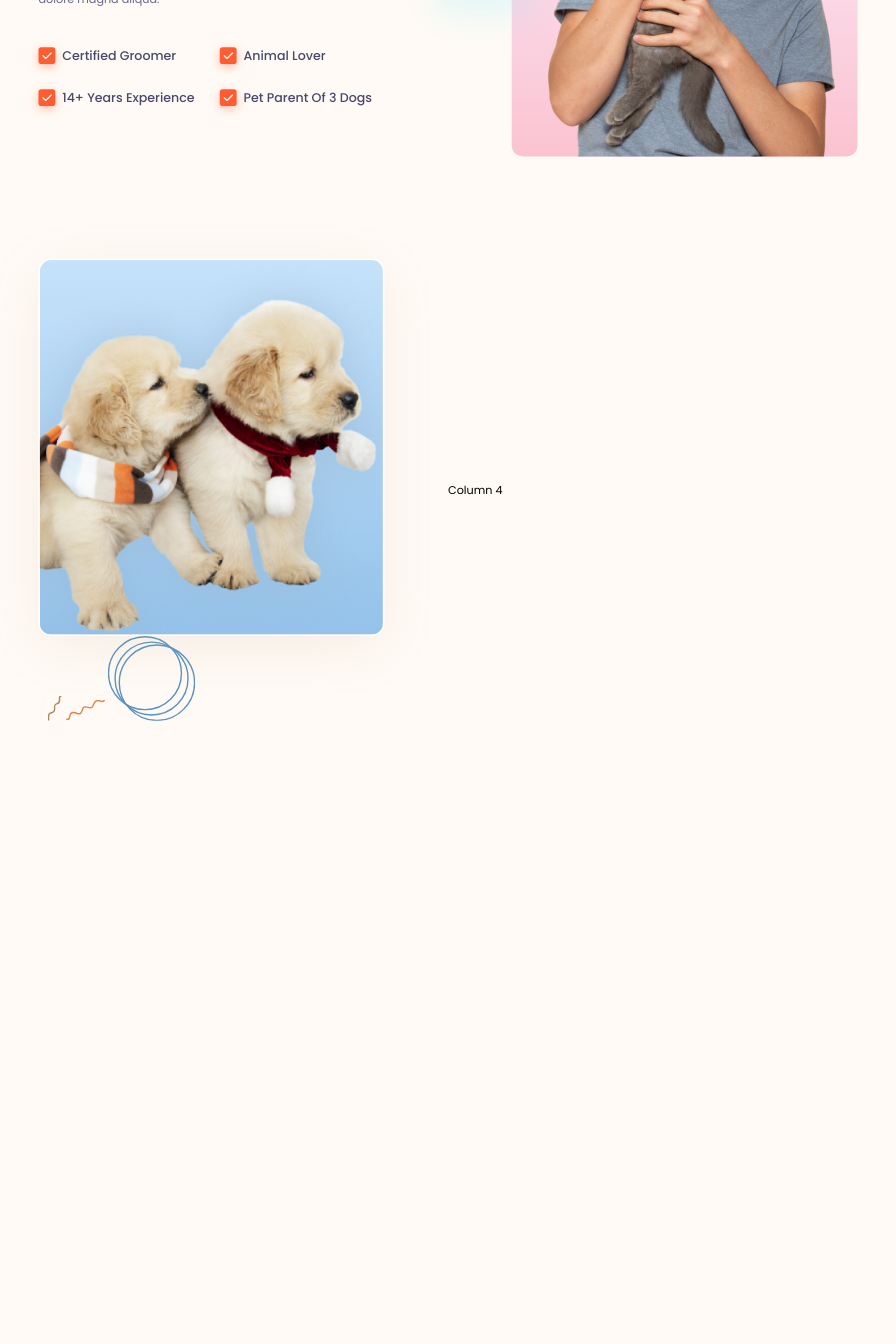
Repository: empty24062002/f8-project-05
Page: index.html
An editor plug-in stored every save of this project. The page is shown before and after the next save, followed by the edit.
The browser window is 1280 px wide. The pictures show the part of the page from y = 1232 to 3152 px (the page is 10896 px tall), at 70% of full size.

Above is the page before, as saved 2023-09-11 11:07:33.

After the next save:
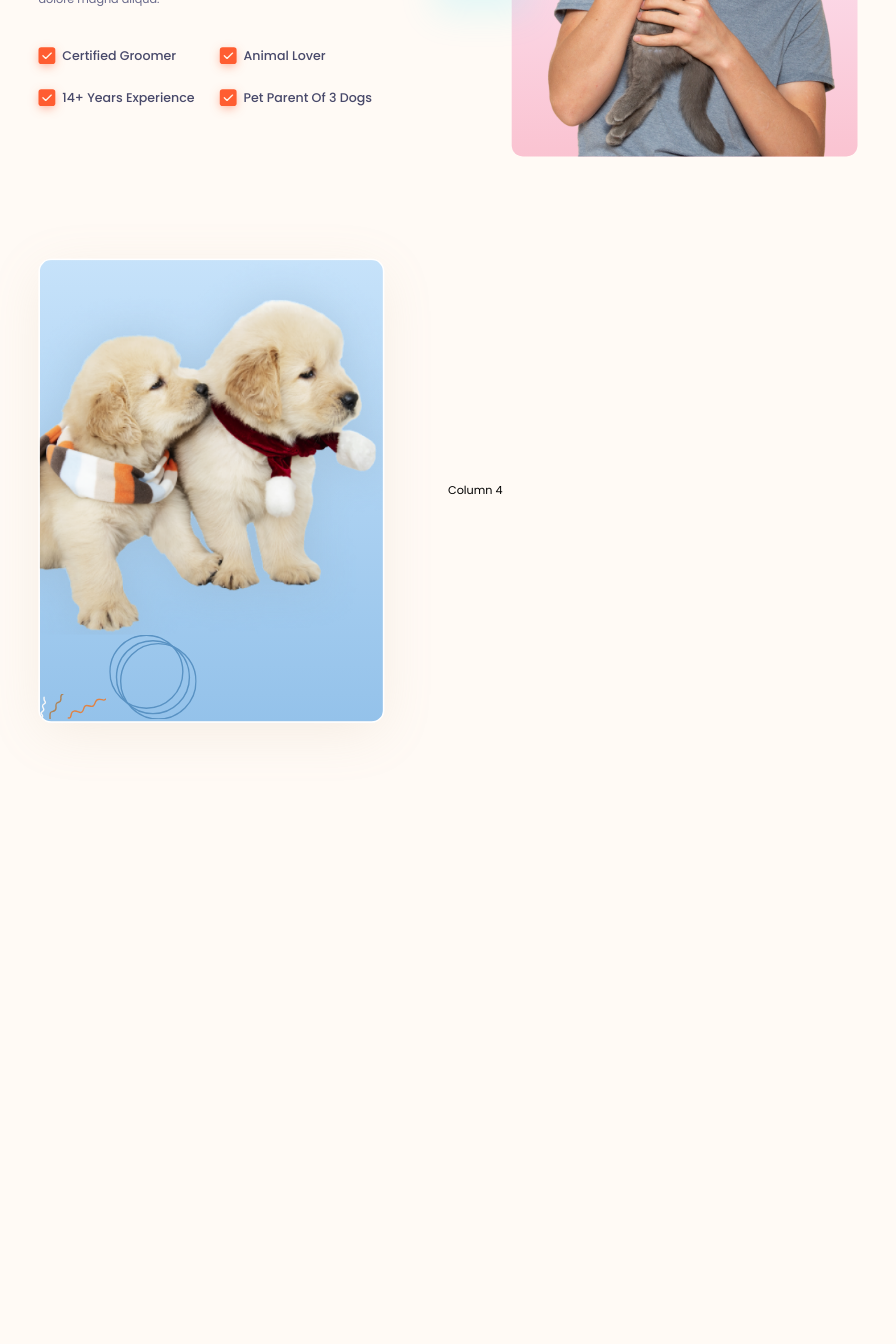
Saved 59 s later.
--- a/index.html
+++ b/index.html
@@ -314,30 +314,30 @@
                                     alt=""
                                     class="about__img about__img-bottom"
                                 />
+                                <!-- Decorators -->
+                                <div>
+                                    <img
+                                        src="./assets/img/about-decor3.svg"
+                                        alt=""
+                                        class="about__decor-img"
+                                    />
+                                    <img
+                                        src="./assets/img/about-decor4.svg"
+                                        alt=""
+                                        class="about__decor-img"
+                                    />
+                                    <img
+                                        src="./assets/img/about-decor5.svg"
+                                        alt=""
+                                        class="about__decor-img"
+                                    />
+                                    <img
+                                        src="./assets/img/about-decor6.svg"
+                                        alt=""
+                                        class="about__decor-img"
+                                    />
+                                </div>
                             </figure>
-                            <!-- Decorators -->
-                            <div>
-                                <img
-                                    src="./assets/img/about-decor3.svg"
-                                    alt=""
-                                    class="about__decor-img"
-                                />
-                                <img
-                                    src="./assets/img/about-decor4.svg"
-                                    alt=""
-                                    class="about__decor-img"
-                                />
-                                <img
-                                    src="./assets/img/about-decor5.svg"
-                                    alt=""
-                                    class="about__decor-img"
-                                />
-                                <img
-                                    src="./assets/img/about-decor6.svg"
-                                    alt=""
-                                    class="about__decor-img"
-                                />
-                            </div>
                         </div>
                         <section class="about__content">Column 4</section>
                     </div>
